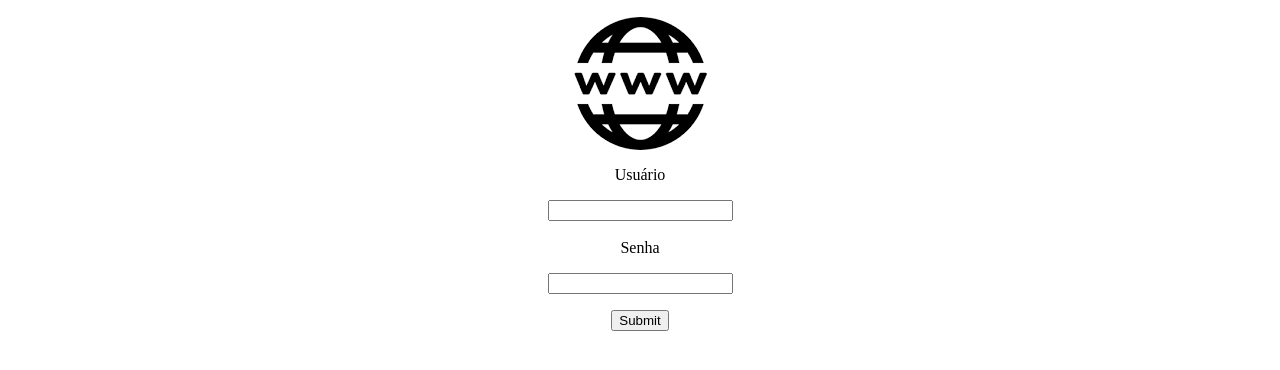
Repository: leonerdy-666/Estudos
Page: http://localhost/JavaWeb/Site.jsp
These files come from the project's save history. The page is drawn as it stood at one moment and after the next save; the edit follows.
The browser window is 1280 px wide. The pictures show the whole page.
The page is served by Tomcat 9.

Above is the page before, as saved 2023-04-10 23:24:33.

### Udemy/Projeto/JavaWeb/src/main/webapp/Site.jsp
<%@ page language="java" contentType="text/html; charset=ISO-8859-1"
	pageEncoding="ISO-8859-1"%>
<!DOCTYPE html PUBLIC "-//W3C//DTD HTML 4.01 Transitional//EN" "http://www.w3.org/TR/html4/loose.dtd">
<html>
<head>
<meta http-equiv="Content-Type" content="text/html; charset=ISO-8859-1">
<title>Site</title>
</head>
<body>
	<form action="">
		<table cellpadding="7" align="center">

			<tr>
				<td align="center"><img src="imagens/logo.png"></td>
			</tr>

			<tr>
				<td align="center">Usuário</td>
			</tr>
			<tr>
				<td><input type="text" name="txtUsuario" /></td>
			</tr>
			<tr>
			<tr>
				<td align="center">Senha</td>
			</tr>
			<tr>
				<td><input type="text" name="txtSenha" /></td>
			</tr>
			<tr>
				<td colspan="2" align="center"><input type="submit"></td>
			</tr>
		</table>
	</form>
</body>
</html>

After the next save:
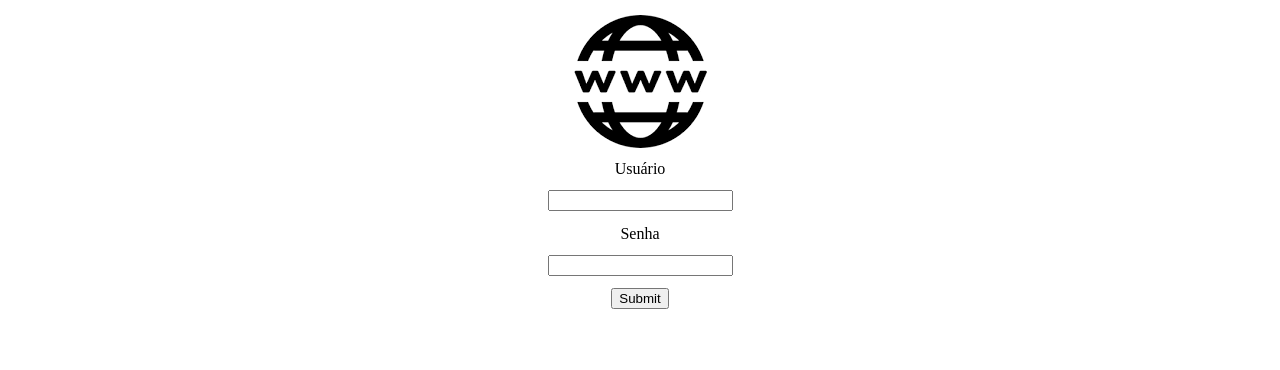
Saved 10 s later.
--- a/Udemy/Projeto/JavaWeb/src/main/webapp/Site.jsp
+++ b/Udemy/Projeto/JavaWeb/src/main/webapp/Site.jsp
@@ -8,7 +8,7 @@
 </head>
 <body>
 	<form action="">
-		<table cellpadding="7" align="center">
+		<table cellpadding="5" align="center">
 
 			<tr>
 				<td align="center"><img src="imagens/logo.png"></td>
